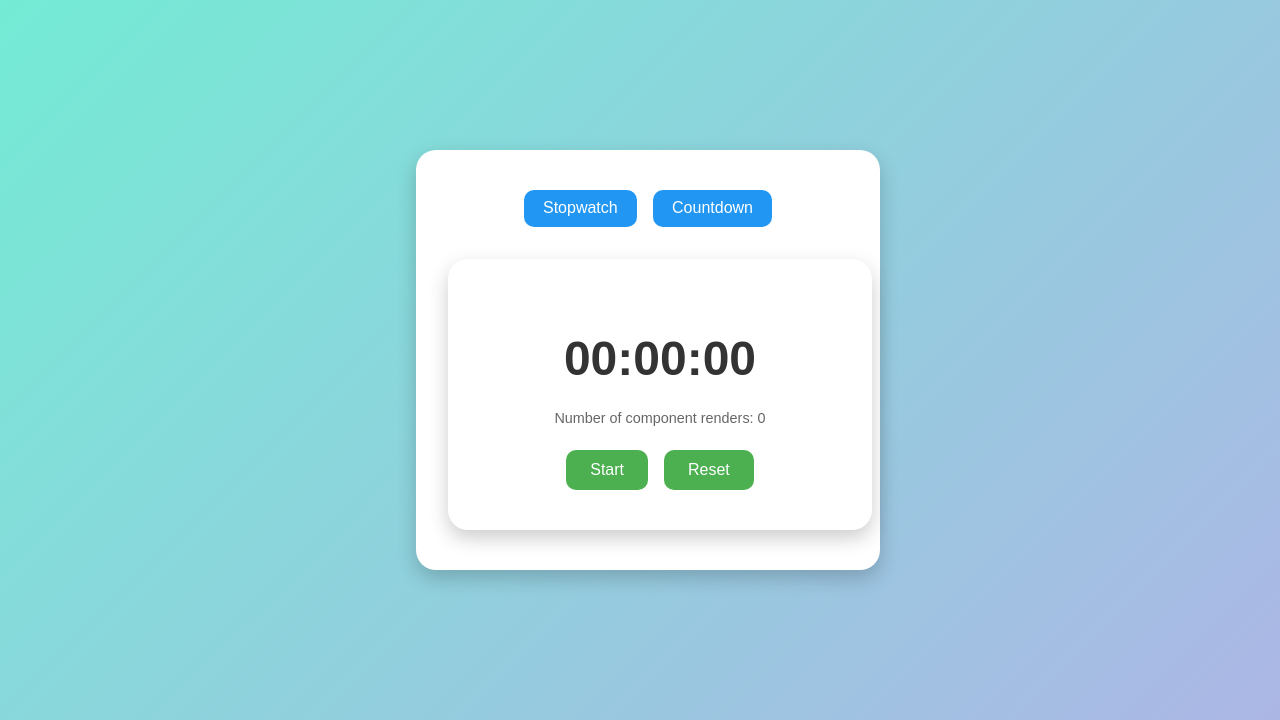
Repository: Denis793/Timer
Page: /
The author's editor kept a copy of each file at every save. The page is drawn from the files as they stood at one save, then again after the next save.
The browser window is 1280 px wide. The pictures show the whole page.
The project was rebuilt for these pictures with package versions that can differ from the ones it lists, and the page was loaded fresh each time. Also part of the build but not shown: vite.config.js, src/hooks/useCountdown.jsx, src/components/Countdown.jsx. Imported but missing from the stored project, and not drawn on this page: src/assets/alarm.mp3.

Above is the page before, as saved 2025-05-14 08:19:11.

### index.html
<!DOCTYPE html>
<html lang="en">
  <head>
    <meta charset="UTF-8" />
    <meta name="viewport" content="width=device-width, initial-scale=1.0" />
    <title>Timer</title>
  </head>
  <body>
    <div id="root"></div>
    <script type="module" src="/src/main.jsx"></script>
  </body>
</html>

### src/main.jsx
import React from 'react';
import ReactDOM from 'react-dom/client';
import App from './App';
import './styles/css/main.css';

ReactDOM.createRoot(document.getElementById('root')).render(
  <React.StrictMode>
    <App />
  </React.StrictMode>
);

### src/App.jsx
import React from 'react';
import TimerApp from './components/TimerApp';

function App() {
  return <TimerApp />;
}

export default App;

### src/styles/css/main.css
body {
  margin: 0;
  padding: 0;
  font-family: "Poppins", sans-serif;
  background: linear-gradient(135deg, #74ebd5, #acb6e5);
  min-height: 100vh;
  display: flex;
  justify-content: center;
  align-items: center;
}

.timer-container {
  background-color: white;
  padding: 2.5rem 2rem;
  border-radius: 20px;
  box-shadow: 0 8px 20px rgba(0, 0, 0, 0.2);
  text-align: center;
  min-width: 320px;
  width: 90%;
  max-width: 400px;
}

h1 {
  font-size: 3rem;
  margin-bottom: 1.5rem;
  color: #333;
}

.inputs {
  display: flex;
  justify-content: center;
  gap: 1rem;
  margin-bottom: 1.5rem;
}

.inputs label {
  display: flex;
  flex-direction: column;
  font-size: 1rem;
  color: #555;
}

.inputs input {
  width: 80px;
  padding: 0.5rem;
  margin-top: 0.5rem;
  border: 2px solid #ccc;
  border-radius: 10px;
  font-size: 1rem;
  text-align: center;
  transition: border-color 0.3s ease;
  -webkit-appearance: auto;
     -moz-appearance: auto;
          appearance: auto;
}

.inputs input:focus {
  border-color: #74ebd5;
  outline: none;
}

.buttons {
  display: flex;
  flex-wrap: wrap;
  justify-content: center;
  gap: 1rem;
  margin-top: 1.5rem;
}

.buttons button {
  background-color: #4caf50;
  color: white;
  border: none;
  padding: 0.7rem 1.5rem;
  font-size: 1rem;
  border-radius: 10px;
  cursor: pointer;
  transition: background-color 0.3s ease, transform 0.2s ease;
}

.buttons button:hover {
  background-color: #45a049;
  transform: scale(1.05);
}

.buttons button:disabled {
  background-color: #ccc;
  cursor: not-allowed;
}

.mode-switch {
  margin-bottom: 2rem;
  display: flex;
  justify-content: center;
  gap: 1rem;
}

.mode-switch button {
  background-color: #2196f3;
  color: white;
  border: none;
  padding: 0.6rem 1.2rem;
  font-size: 1rem;
  border-radius: 10px;
  cursor: pointer;
  transition: background-color 0.3s ease;
}

.mode-switch button:hover {
  background-color: #1976d2;
}

p {
  margin-top: 1rem;
  font-size: 0.9rem;
  color: #666;
}

### src/components/TimerApp.jsx
import React, { useState } from 'react';
import Stopwatch from './Stopwatch';
import Countdown from './Countdown';

const TimerApp = () => {
  const [mode, setMode] = useState('stopwatch');

  return (
    <div className="timer-container">
      <div className="mode-switch">
        <button onClick={() => setMode('stopwatch')}>Stopwatch</button>
        <button onClick={() => setMode('countdown')}>Countdown</button>
      </div>
      {mode === 'stopwatch' ? <Stopwatch /> : <Countdown />}
    </div>
  );
};

export default TimerApp;

### src/components/Stopwatch.jsx
import React from 'react';
import { useStopwatch } from '../hooks/useStopwatch';

const Stopwatch = () => {
  const { timeFormatted, isRunning, toggle, reset, renderCount } = useStopwatch();

  return (
    <div className="timer-container">
      <h1>{timeFormatted}</h1>
      <p>Number of component renders: {renderCount}</p>
      <div className="buttons">
        <button onClick={toggle}>{isRunning ? 'Pause' : 'Start'}</button>
        <button onClick={reset}>Reset</button>
      </div>
    </div>
  );
};

export default Stopwatch;

### src/hooks/useStopwatch.jsx
import { useState, useEffect, useRef, useCallback } from 'react';

export const useStopwatch = () => {
  const [isRunning, setIsRunning] = useState(false);
  const [elapsedTime, setElapsedTime] = useState(0);
  const startTimeRef = useRef(null);
  const intervalRef = useRef(null);
  const renderCount = useRef(0);

  useEffect(() => {
    renderCount.current += 1;
  });

  useEffect(() => {
    if (isRunning) {
      startTimeRef.current = Date.now() - elapsedTime;
      intervalRef.current = setInterval(() => {
        setElapsedTime(Date.now() - startTimeRef.current);
      }, 10);
    } else {
      clearInterval(intervalRef.current);
    }
    return () => clearInterval(intervalRef.current);
  }, [isRunning]);

  const toggle = useCallback(() => setIsRunning((prev) => !prev), []);

  const reset = useCallback(() => {
    setElapsedTime(0);
    setIsRunning(false);
  }, []);

  const minutes = String(Math.floor(elapsedTime / 60000)).padStart(2, '0');
  const seconds = String(Math.floor((elapsedTime % 60000) / 1000)).padStart(2, '0');
  const milliseconds = String(Math.floor((elapsedTime % 1000) / 10)).padStart(2, '0');

  return {
    timeFormatted: `${minutes}:${seconds}:${milliseconds}`,
    isRunning,
    toggle,
    reset,
    renderCount: renderCount.current,
  };
};

After the next save:
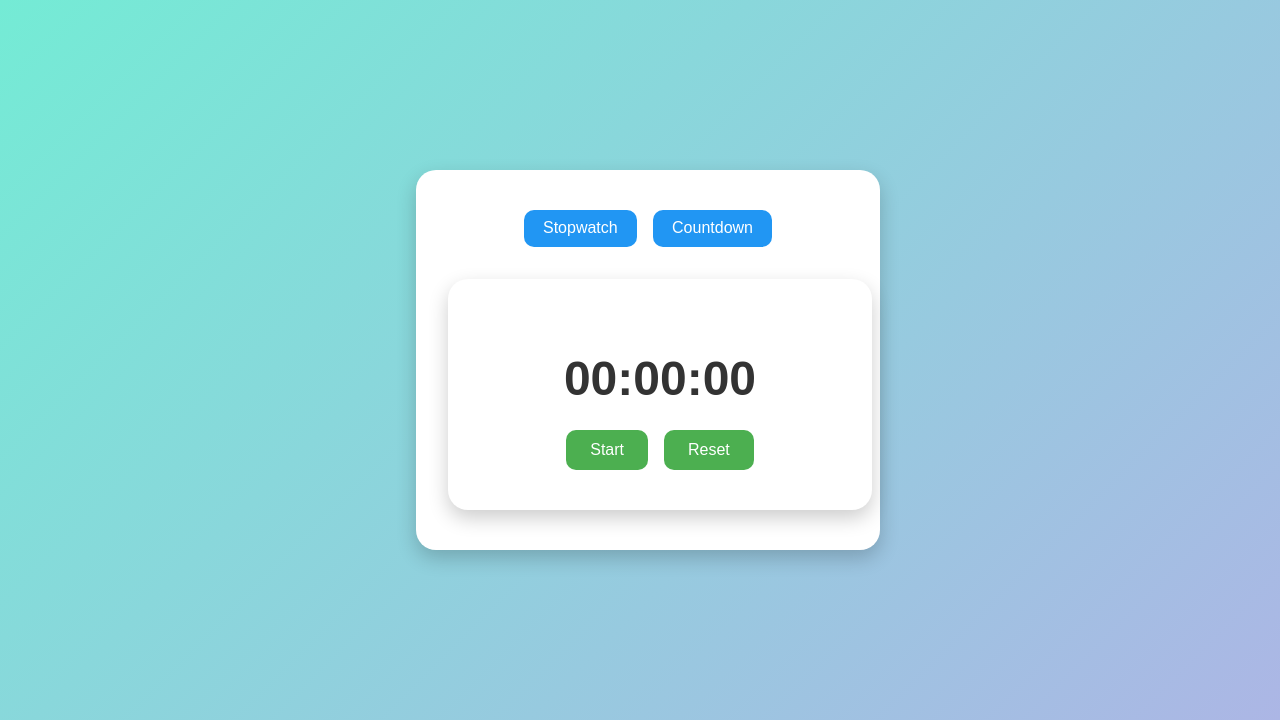
Saved 2 min 29 s later.
--- a/src/components/Stopwatch.jsx
+++ b/src/components/Stopwatch.jsx
@@ -2,12 +2,12 @@ import React from 'react';
 import { useStopwatch } from '../hooks/useStopwatch';
 
 const Stopwatch = () => {
-  const { timeFormatted, isRunning, toggle, reset, renderCount } = useStopwatch();
+  const { timeFormatted, isRunning, toggle, reset } = useStopwatch();
 
   return (
     <div className="timer-container">
       <h1>{timeFormatted}</h1>
-      <p>Number of component renders: {renderCount}</p>
+
       <div className="buttons">
         <button onClick={toggle}>{isRunning ? 'Pause' : 'Start'}</button>
         <button onClick={reset}>Reset</button>
